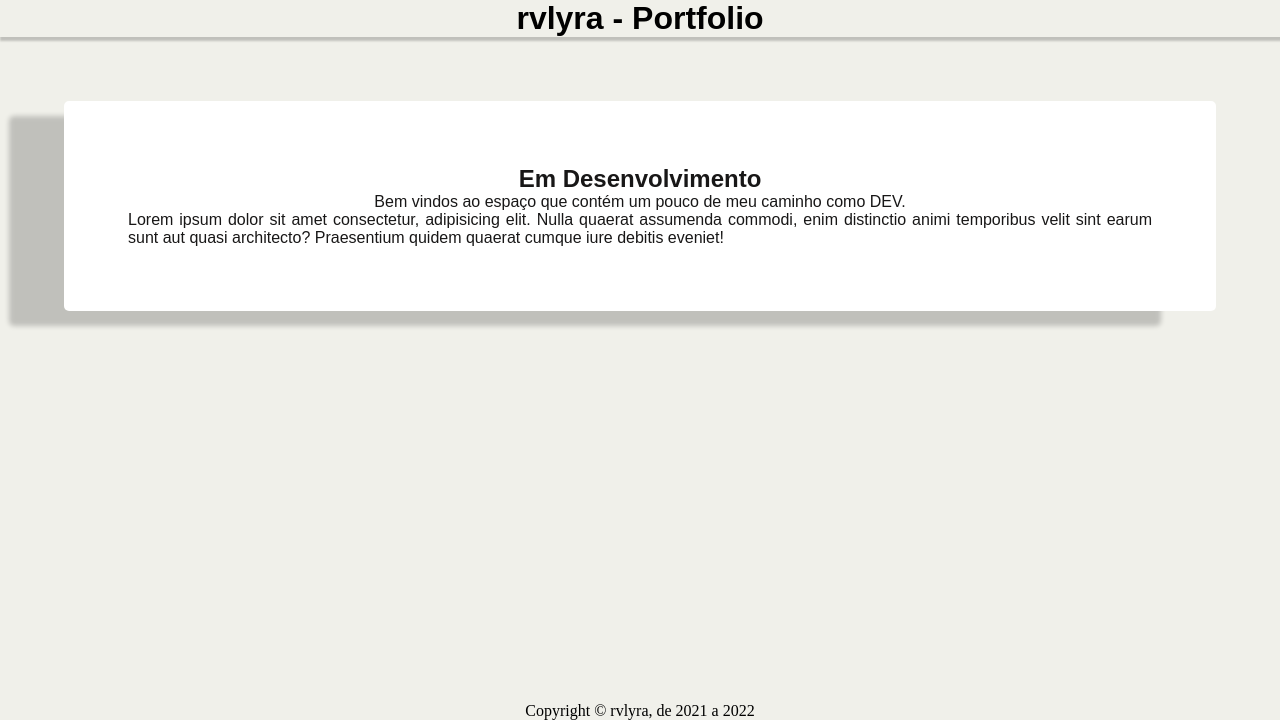
Repository: rvlyra/splash-screen-rvlyra
Page: Portfolio-RVLYRA/public/index.html
These files come from the project's save history. The page is drawn as it stood at one moment and after the next save; the edit follows.
The browser window is 1280 px wide. The pictures show the whole page.
Some web fonts or font styles are not loaded; a fallback is used.

Above is the page before, as saved 2022-07-06 09:40:19.

After the next save:
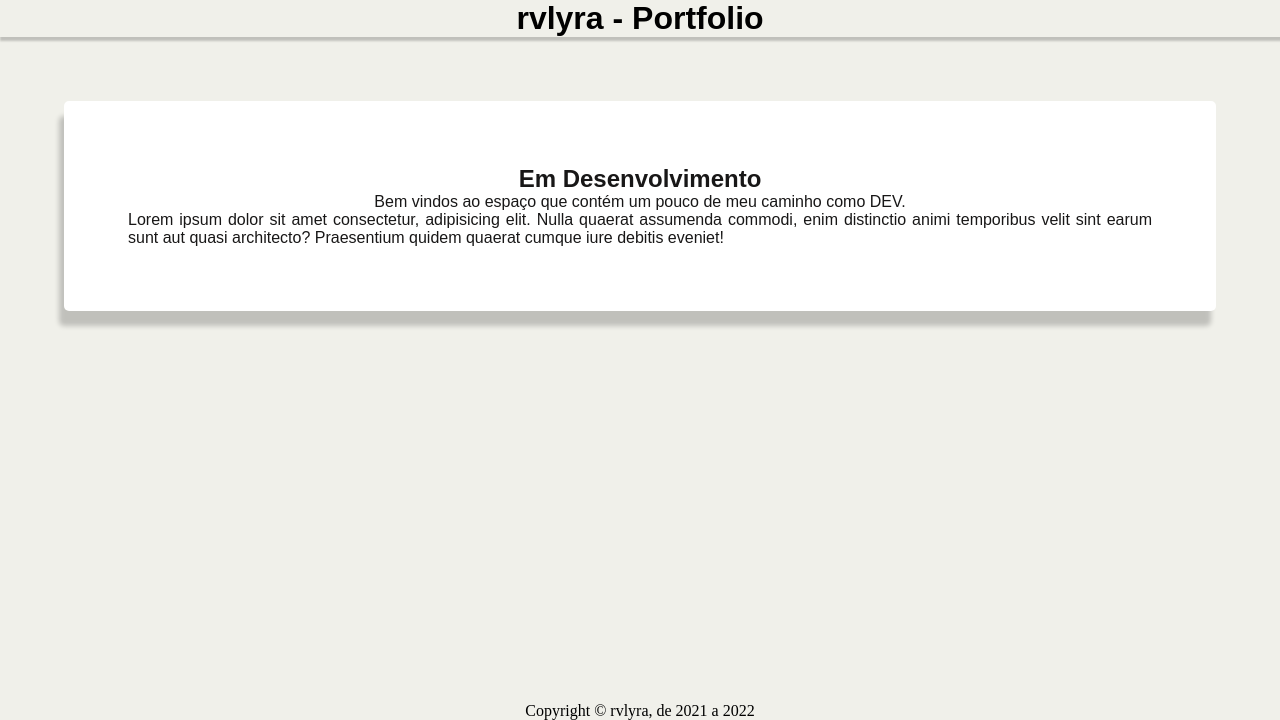
Saved 5 s later.
--- a/Portfolio-RVLYRA/assets/src/css/rl.main.css
+++ b/Portfolio-RVLYRA/assets/src/css/rl.main.css
@@ -31,7 +31,7 @@ main {
     margin: 5%;
     padding: 5%;
     border-radius: 5px;
-    box-shadow: -55px 15px 5px  rgba(0, 0, 0, 0.2);
+    box-shadow: -5px 15px 5px  rgba(0, 0, 0, 0.2);
 
     background-color:rgb(255, 255, 255);
 
